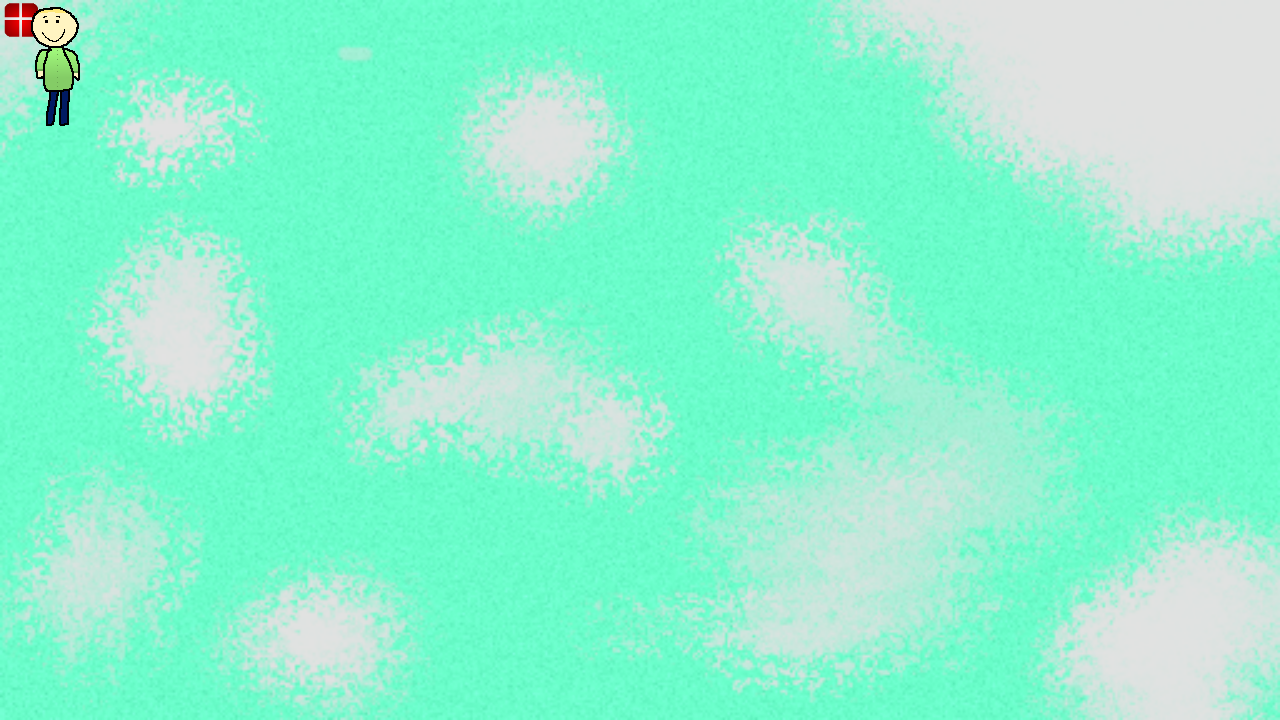
Repository: Evanechecssss/LoveTest
Page: game/level1.html
The author's editor kept a copy of each file at every save. The page is drawn from the files as they stood at one save, then again after a run of saves.
The browser window is 1280 px wide. The pictures show the whole page.

Above is the page before, as saved 2021-12-30 10:47:19.

After the next 2 saves:
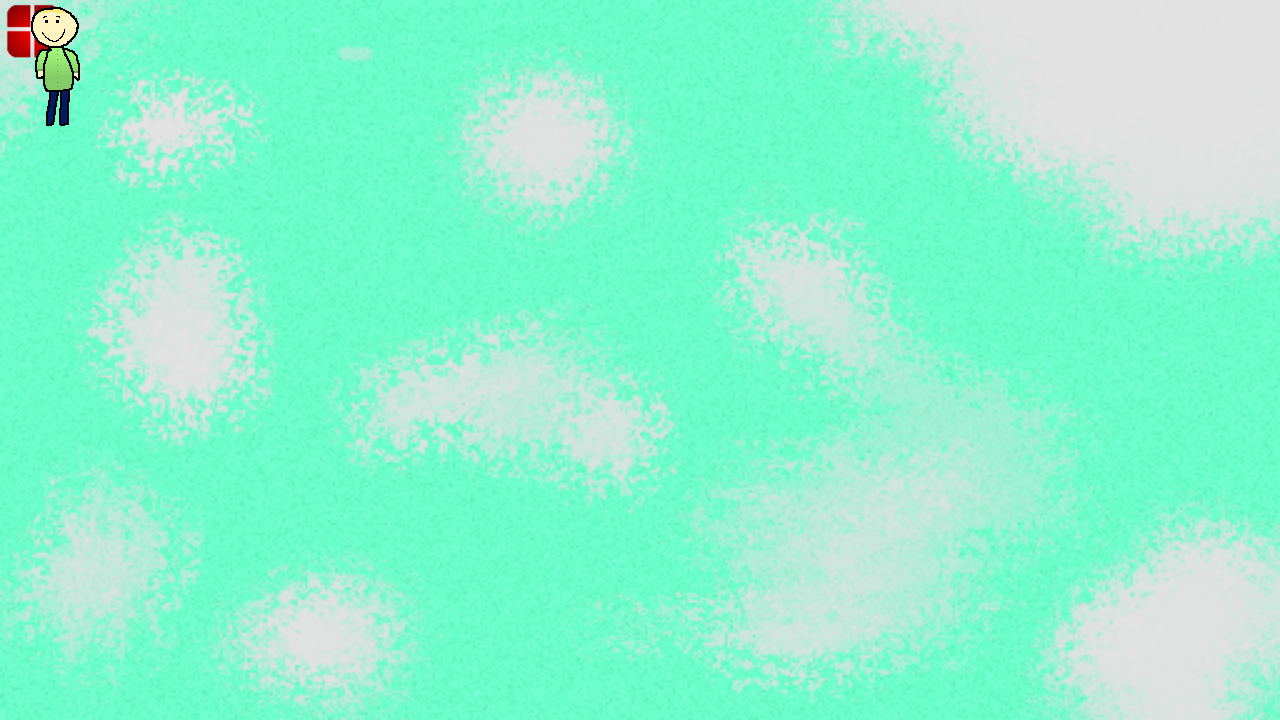
The 2 saves are shown as one change because they came seconds apart.
The last was saved 17 s later.
--- a/game/level1.html
+++ b/game/level1.html
@@ -193,7 +193,7 @@
                 for (var i = 0; i < presents.length; i++) {
                     var pI = new Image();
                     pI.addEventListener('load', function () {
-                        ctx.drawImage(pI, 0, 0, 64, 64);
+                        ctx.drawImage(pI, 0, 0, 100, 100);
 
                     }, false);
                     pI.src = skin_presents[0];
